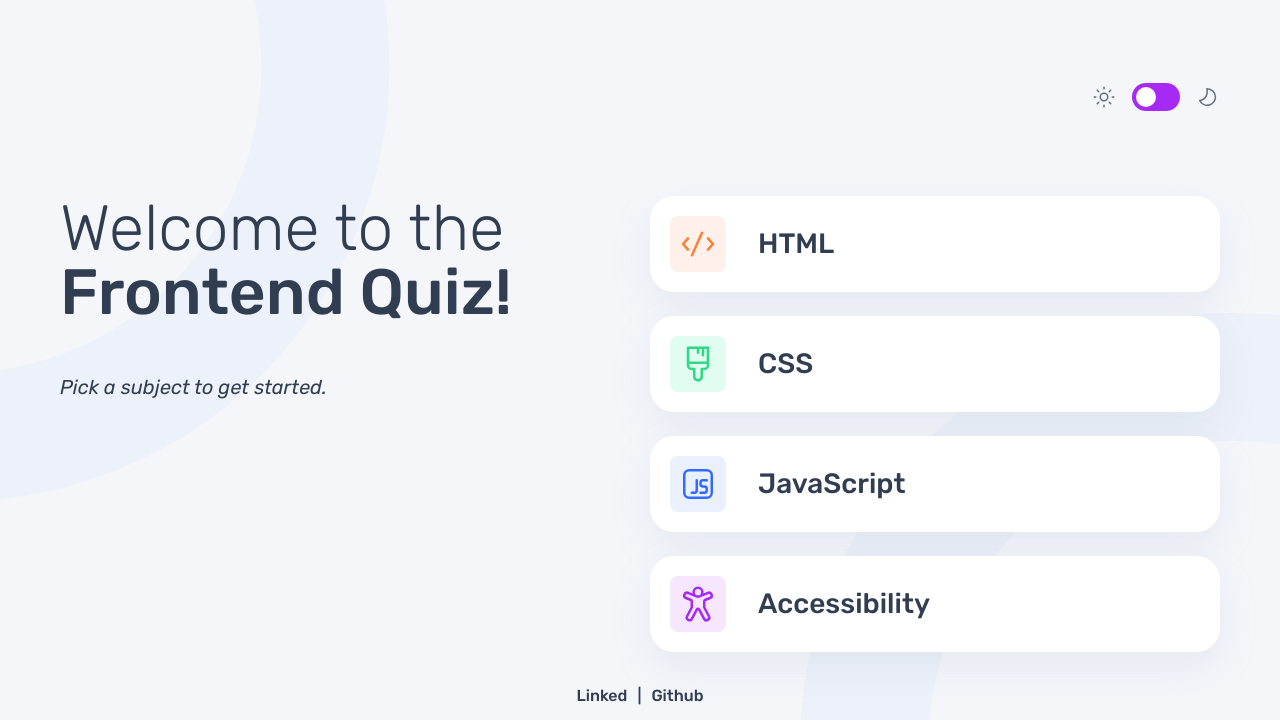
Repository: Temur-Sufiyanov/Quiz-App
Page: /
The author's editor kept a copy of each file at every save. The page is drawn from the files as they stood at one save, then again after a run of saves.
The browser window is 1280 px wide. The pictures show the whole page.
The project was rebuilt for these pictures with package versions that can differ from the ones it lists, and the page was loaded fresh each time. Requests to the local data server were answered from the project's data file. Also part of the build but not shown: vite.config.js, src/components/Result.jsx, src/components/Test.jsx, src/pages/Quiz.jsx.

Above is the page before, as saved 2025-08-22 19:51:25.

After the next 2 saves:
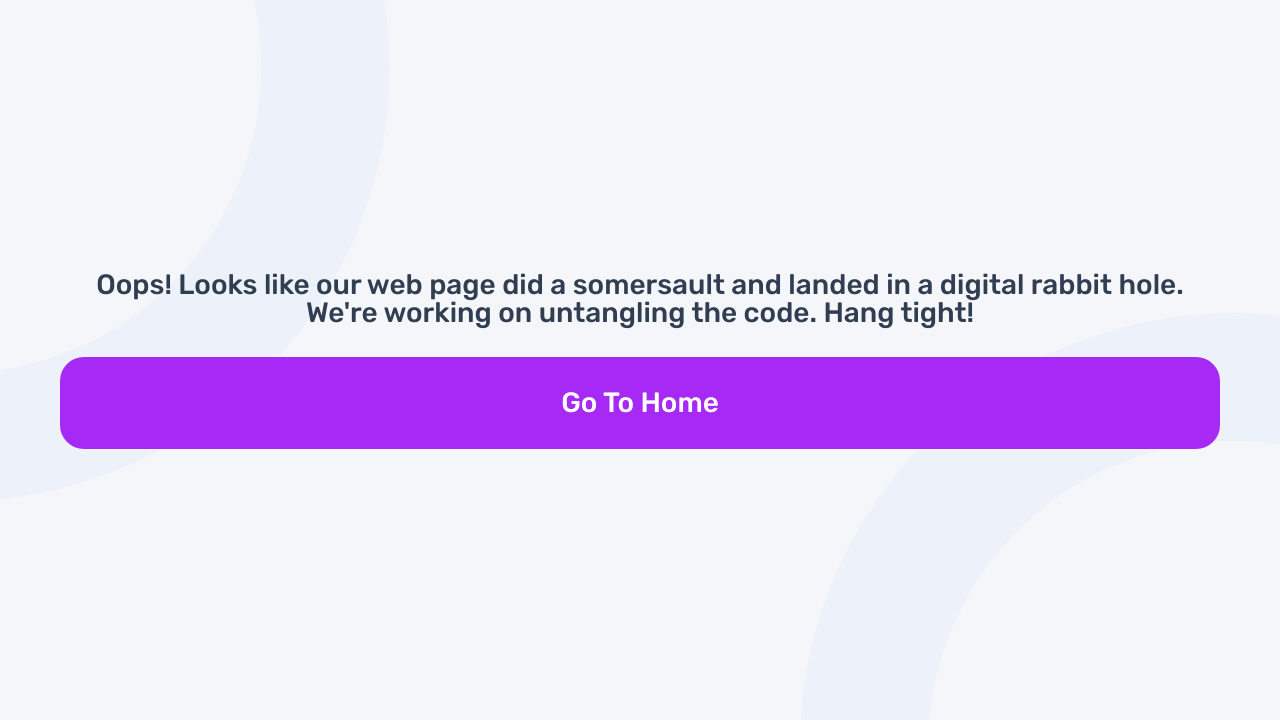
Console error: ReferenceError: LinkedIn is not defined
The 2 saves are shown as one change because they came seconds apart.
The last was saved 5 s later.
--- a/src/layout/MainLayout.jsx
+++ b/src/layout/MainLayout.jsx
@@ -13,7 +13,7 @@
       </main>
       <footer>
         <a href="" target="_blank">
-          Linked
+          <LinkedIn></LinkedIn>
         </a>{" "}
         |
         <a href="" target="_blank">

After the save that followed:
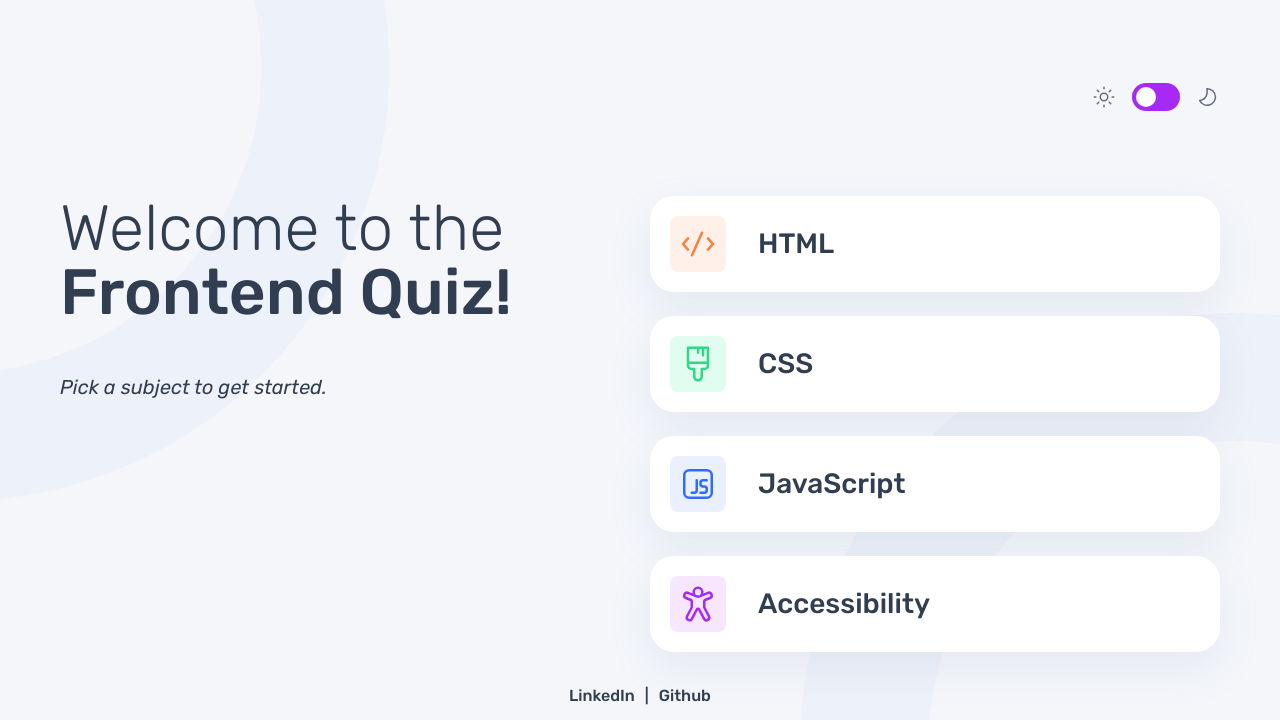
The error is gone.
Saved 107 s later.
--- a/src/layout/MainLayout.jsx
+++ b/src/layout/MainLayout.jsx
@@ -13,7 +13,7 @@
       </main>
       <footer>
         <a href="" target="_blank">
-          <LinkedIn></LinkedIn>
+          LinkedIn
         </a>{" "}
         |
         <a href="" target="_blank">
